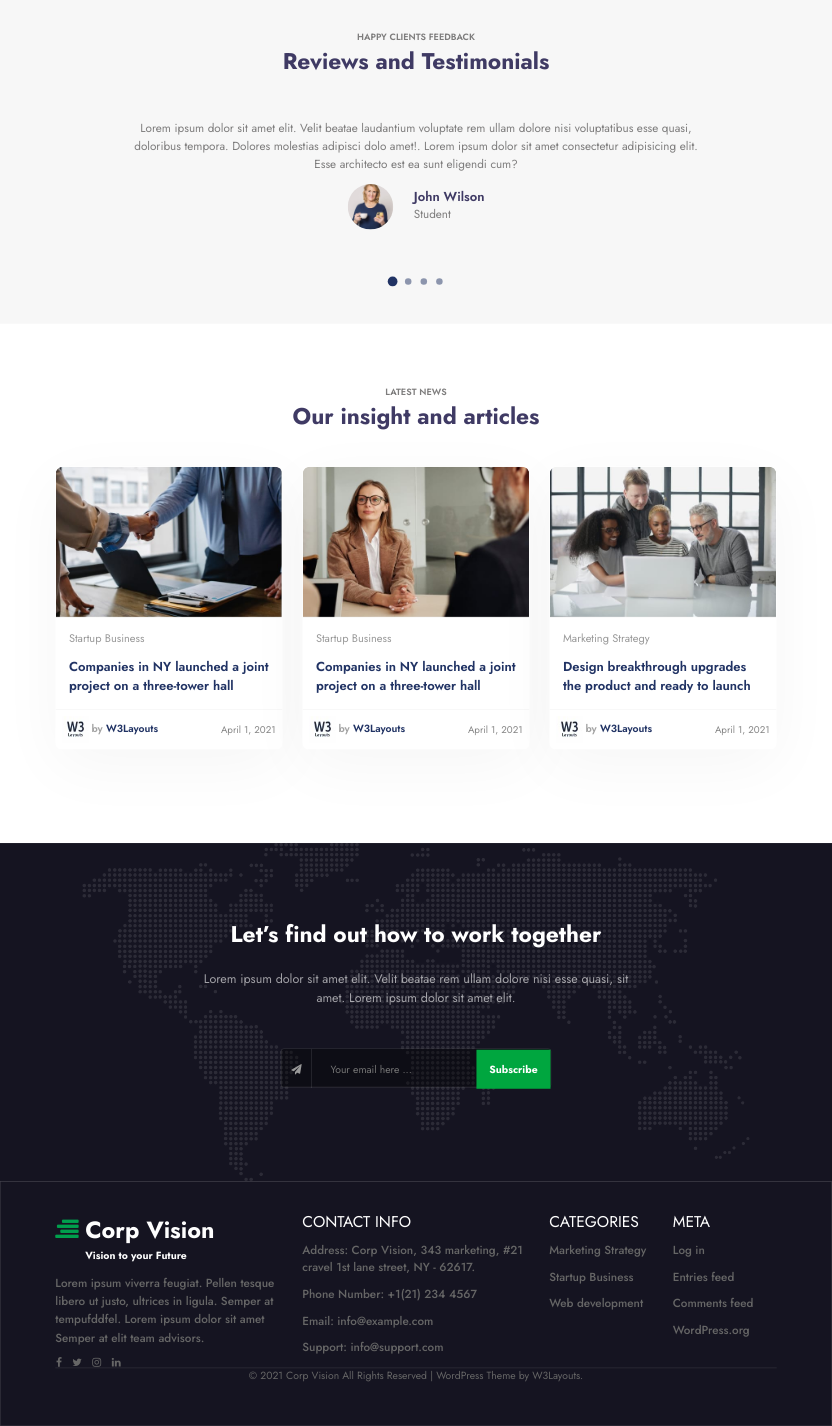
Repository: khaipnp/corpvision
Page: index.html
The author's editor kept a copy of each file at every save. The page is drawn from the files as they stood at one save, then again after the next save.
The browser window is 1280 px wide. The pictures show the whole page, at 65% of full size.

Above is the page before, as saved 2021-07-04 16:19:50.

After the next save:
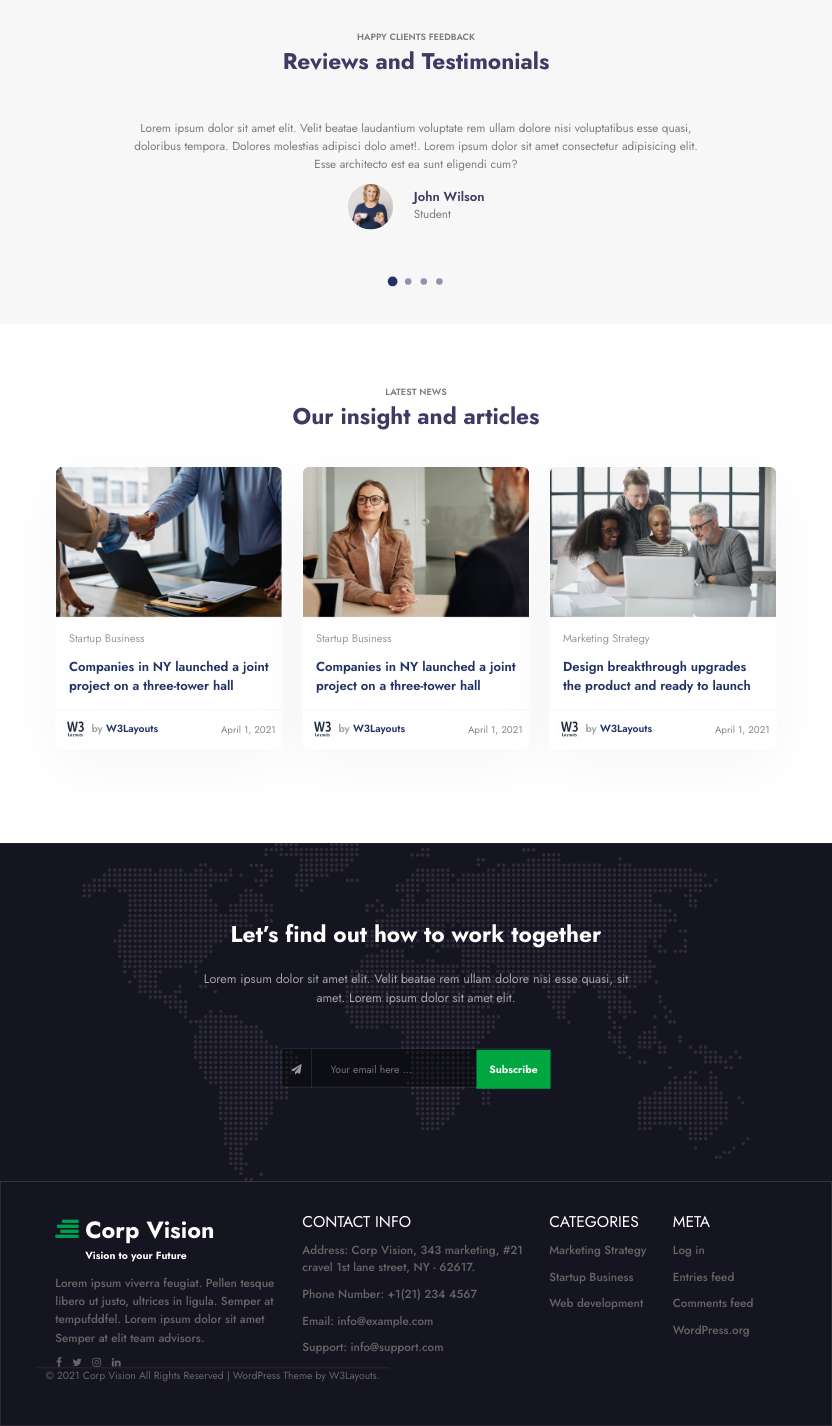
Saved 3 min 27 s later.
--- a/index.html
+++ b/index.html
@@ -272,12 +272,15 @@
               <li class="list-group-item"><a href="/">WordPress.org</a></li>
             </ul>
           </div>
+          <div class="row">
+            <div class="copyright text-center">
+              <div class="container">
+                <p>© 2021 Corp Vision All Rights Reserved | WordPress Theme by W3Layouts.</p>
+              </div>
+            </div>
+          </div>
         </div>
-        <div class="copyright text-center">
-          <div class="container">
-            <p>© 2021 Corp Vision All Rights Reserved | WordPress Theme by W3Layouts.</p>
-          </div>
-        </div>
+
       </div>
     </footer>
     <!-- SCRIPT -->
